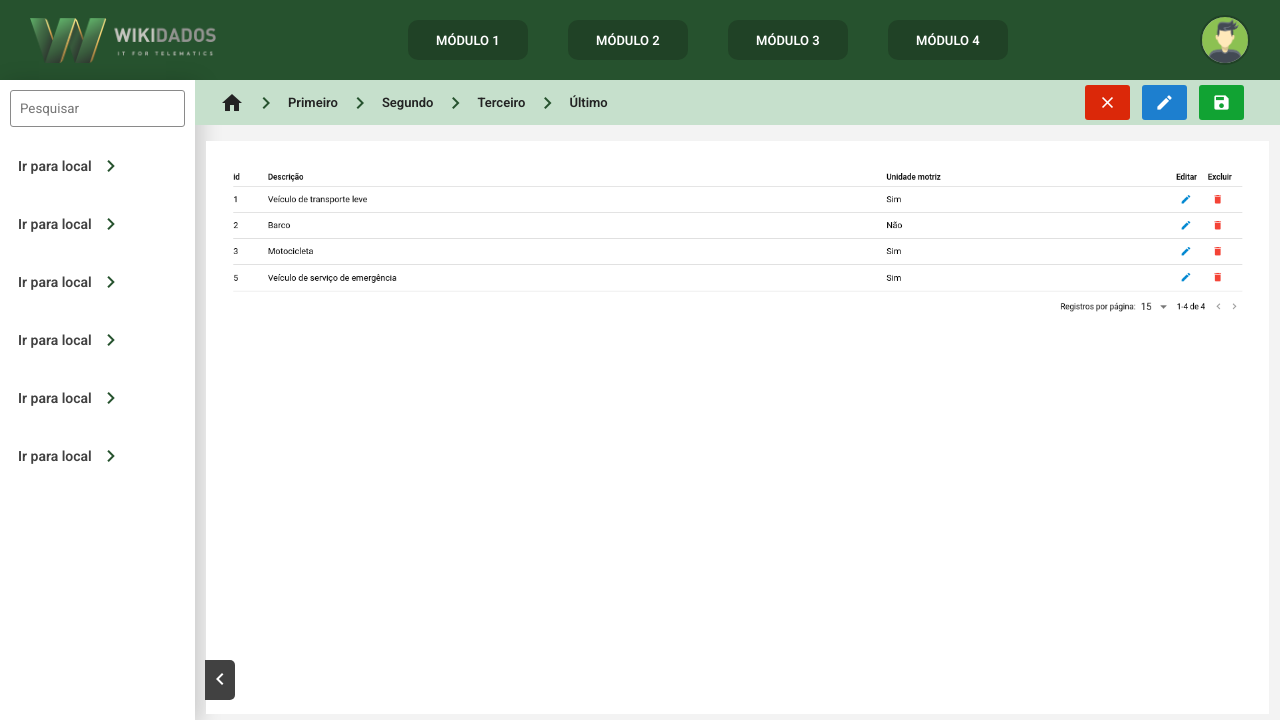
Repository: AlexDjon/alexdjon.github.io
Page: wiki-relayout/index.html
The author's editor kept a copy of each file at every save. The page is drawn from the files as they stood at one save, then again after a run of saves.
The browser window is 1280 px wide. The pictures show the whole page.

Above is the page before, as saved 2020-08-12 17:44:02.

### wiki-relayout/index.html
<!DOCTYPE html>
<html lang="pt-br">

<head>
  <meta charset="UTF-8">
  <meta name="viewport" content="width=device-width, initial-scale=1.0">
  <title>Wiki - Relayout</title>

  <link rel="shotcut icon" href="https://wikidados.com.br/assets/wiki/img/logos/favicon.ico">
  <link href="https://fonts.googleapis.com/icon?family=Material+Icons" rel="stylesheet">
  <link href="https://fonts.googleapis.com/css2?family=Open+Sans:wght@400;600;700&family=Roboto:wght@400;600&family=Noto+Sans:wght@400;700&display=swap" rel="stylesheet">
  <link rel="stylesheet" href="css/styles.css">
</head>

<body>
  <header class="cabecalho">
    <img src="img/unnamed.png" alt="Logo Wiki" class="logo">

    <div class="modulos">
      <button>Módulo 1</button>
      <button>Módulo 2</button>
      <button>Módulo 3</button>
      <button>Módulo 4</button>
    </div>

    <button class="user">
    </button>
  </header>

  <aside class="areas">
    <ul>
      <li><i class="material-icons">donut_large</i> Editar perfil</li>
      <li><i class="material-icons">grade</i> Favoritos</li>
      <li><i class="material-icons">history</i> Histórico</li>
      <li><i class="material-icons">power_settings_new</i> Sair</li>
    </ul>
  </aside>

  <main class="conteudo">
    <nav class="navbar">
      <div class="search">
        <input type="text" placeholder="Pesquisar">
      </div>
      <ul class="menu">
        <li>Ir para local <i class="material-icons">chevron_right</i></li>
        <li>Ir para local <i class="material-icons">chevron_right</i></li>
        <li>Ir para local <i class="material-icons">chevron_right</i></li>
        <li>Ir para local <i class="material-icons">chevron_right</i></li>
        <li>Ir para local <i class="material-icons">chevron_right</i></li>
        <li>Ir para local <i class="material-icons">chevron_right</i></li>
      </ul>

      <button class="close">
        <i class="material-icons">chevron_left</i>
      </button>
    </nav>

    <div class="meio">
      <div class="barra">
        <ul class="caminho">
          <li>
            <i class="material-icons">home</i>
          </li>
          <li id="separator">
            <i class="material-icons">chevron_right</i>
          </li>
          <li>
            Primeiro
          </li>
          <li id="separator">
            <i class="material-icons">chevron_right</i>
          </li>
          <li>
            Segundo
          </li>
          <li id="separator">
            <i class="material-icons">chevron_right</i>
          </li>
          <li>
            Terceiro
          </li>
          <li id="separator">
            <i class="material-icons">chevron_right</i>
          </li>
          <li>
            Último
          </li>
        </ul>

        <div class="list-buttons">
          <button>
            <i class="material-icons">close</i>
          </button>
          <button>
            <i class="material-icons">edit</i>
          </button>
          <button>
            <i class="material-icons">save</i>
          </button>
        </div>
      </div>

      <div class="viewer">
        <img src="img/tabela-exemplo.png" alt="Tabela">
      </div>
    </div>

  </main>

  <script src="js/scripts.js"></script>
</body>

</html>

### wiki-relayout/css/styles.css
* {
  padding: 0;
  margin: 0;
  font-weight: 100%;
  font-family: 'Roboto', sans-serif;
  border: 0;
  outline: 0;
  box-sizing: border-box;
}

body {
  background: #f3f3f3;
}

:root {
  --verdeW: #26522e;
  --verdeW2: #204226;
  --verdeW-semi: #c6e0cc;
  --verde: #32a852;
  --black: #232323;
  --black2: #414141;
  --white: #ffffff;
  --grey: #464646;
  --shadow: -4px 4px 8px 0px rgba(10, 10, 10, 0.27);
  --cabecalhoY: 80px;
  --barrY: 45px;
  --navY: 205px;
}

/* CABECALHO */
.cabecalho {
  width: 100%;
  height: var(--cabecalhoY);
  background: var(--verdeW);
  padding: 10px 30px;
  display: flex;
  justify-content: space-between;
  align-items: center;
}

.cabecalho .logo {
  height: 45px;
}

.cabecalho .modulos {
  display: flex;
}
.cabecalho .modulos button {
  margin: 0 20px;
  width: 120px;
  height: 40px;
  border-radius: 10px;
  background-color: var(--verdeW2);
  color: var(--white);
  font-size: 13px;
  text-transform: uppercase;
  font-weight: 600;
  cursor: pointer;
  transition: filter 0.3s;
}
.cabecalho .modulos button:hover {
  filter: brightness(90%);
}
.cabecalho .user {
  height: 50px;
  width: 50px;
  border-radius: 50%;
  border: solid 2px var(--verdeW2);

  background-image: url(../img/avatar1.png);
  background-size: cover;
  background-position: center center;

  cursor: pointer;
}

/* AREAS */
.areas {
  display: none;
  min-width: 180px;
  position: absolute;
  top: var(--cabecalhoY);
  right: 0;
  background-color: var(--white);
  box-shadow: var(--shadow);
}
.areas.ativo {
  display: block;
}
.areas ul {
  list-style: none;
  padding: 10px 20px 10px 40px;
}
.areas ul li {
  margin: 17px 0;
  font-size: 15px;
  color: var(--black2);

  display: flex;
  justify-content: flex-start;
  align-items: center;
  transition: color 0.3s;
  cursor: pointer;
}
.areas ul li:hover {
  color: var(--black);
}
.areas ul li i {
  margin-right: 8px;
  font-size: 17px;
  color: var(--verdeW);
}


/* NAVBAR */
.navbar {
  width: 230px;
  height: calc(100vh - var(--cabecalhoY));
  background: var(--white);
  /* border-bottom: solid 20px var(--verdeW); */
  box-shadow: 4px 4px 22px 0px rgba(10, 10, 10, 0.2);
}
.navbar.ativo {
  width: 0;
}
.navbar .menu {
  padding: 0 0 50px 18px;
  display: flex;
  flex-direction: column;
  justify-content: flex-start;
  align-items: flex-start;
  list-style: none;
}
.navbar .menu li {
  margin: 17px 0;
  font-weight: 600;
  color: var(--black2);
  font-size: 14px;
  /* border-bottom: solid 1px var(--white);
  border-radius: 0 0 5px 0; */

  display: flex;
  justify-content: space-between;
  align-items: center;

  cursor: pointer;
}
.navbar .menu li i {
  margin-left: 7px;
  color: var(--black2);
}
.navbar .menu li i {
  color: var(--verdeW);
}
.navbar .close {
  position: absolute;
  bottom: 20px;
  width: 30px;
  border-radius: 0 5px 5px 0;
  height: 40px;
  background: var(--black2);
  left: 204.92px;
  margin: 0;
  cursor: pointer;
  transition: filter 0.3s;
}
.navbar .close:hover {
  filter: brightness(110%);
}
.navbar .close i {
  color: var(--white);
}
.navbar .search {
  width: 100%;
  padding: 10px;
}
.navbar .search input {
  width: 100%;
  padding: 10px 9px;
  border-radius: 3px;
  border: solid 1px #8a8a8a;
}

/* CONTEUDO */
.conteudo {
  width: 100%;
  height: calc(100vh - var(--cabecalhoY));

  display: flex;
}

.meio {
  width: 100%;
  display: flex;
  flex-direction: column;
}

.meio .barra {
  width: 100%;
  height: var(--barrY);
  padding: 0 20px;
  margin-bottom: 10px;
  background-color: var(--verdeW-semi);
  display: flex;
  justify-content: space-between;
  align-items: center;
}
/*
.meio .barra div#separator span i {
  margin: 0 5px;
  color: var(--verdeW);
} */
.meio .barra .caminho {
  height: var(--barrY);
  display: flex;
  align-items: center;
  list-style: none;
}
.meio .barra .caminho li {
  height: var(--barrY);
  margin: 0 5px;
  font-size: 13px;
  font-weight: 600;
  color: var(--black);
  display: flex;
  align-items: center;
}
.meio .barra .caminho li:not(#separator) {
  cursor: pointer;
}

.meio .barra .caminho li#separator {
  color: var(--verdeW);
}

.list-buttons {
  margin: 0 10px;
  display: flex;
}
.list-buttons button {
  height: 35px;
  width: 45px;
  margin: 0 6px 0 6px;
  border-radius: 3px;
  display: flex;
  justify-content: center;
  align-items: center;
  /* border: solid 1px var(--white); */
  background: var(--verdeW2);
  cursor: pointer;
}
.list-buttons button i {
  font-size: 19px;
  color: var(--white);
}
.list-buttons button:nth-child(1) {
  background: #db2809;
}
.list-buttons button:nth-child(2) {
  background: #1d7fcf;
}
.list-buttons button:nth-child(3) {
  background: #11a333;
}

/* VIEWER */
.viewer {
  width: 98%;
  margin: 6px 1%;
  padding: 20px;
  height: calc(100vh - calc(var(--cabecalhoY) + var(--barrY)) - 12px);
  background-color: var(--white);
  display: flex;
  justify-content: center;
  align-items: flex-start;
}

.viewer img {
  width: 100%;
}

### wiki-relayout/js/scripts.js
function getItem (info) {
  return document.querySelector(info)
}

getItem('.user').addEventListener('click', () => {
  getItem('.areas').classList.toggle('ativo')
})

getItem('.navbar .close').addEventListener('click', function () {

  getItem('.navbar').classList.toggle('ativo')

  const thisIcon = (context, value, action = 'get') => {
    if (action == 'get') {
      return context.firstElementChild
    }
    else if (action == 'change') {
      context.firstElementChild.textContent = value
    }
  }

  const icon = thisIcon(this).textContent

  if (icon === 'chevron_left') {
    this.style.left = '0px'
    thisIcon(this, 'chevron_right', 'change')
  }
  else {
    this.style.left = '204.92px'
    thisIcon(this, 'chevron_left', 'change')
  }
})

After the next 2 saves:
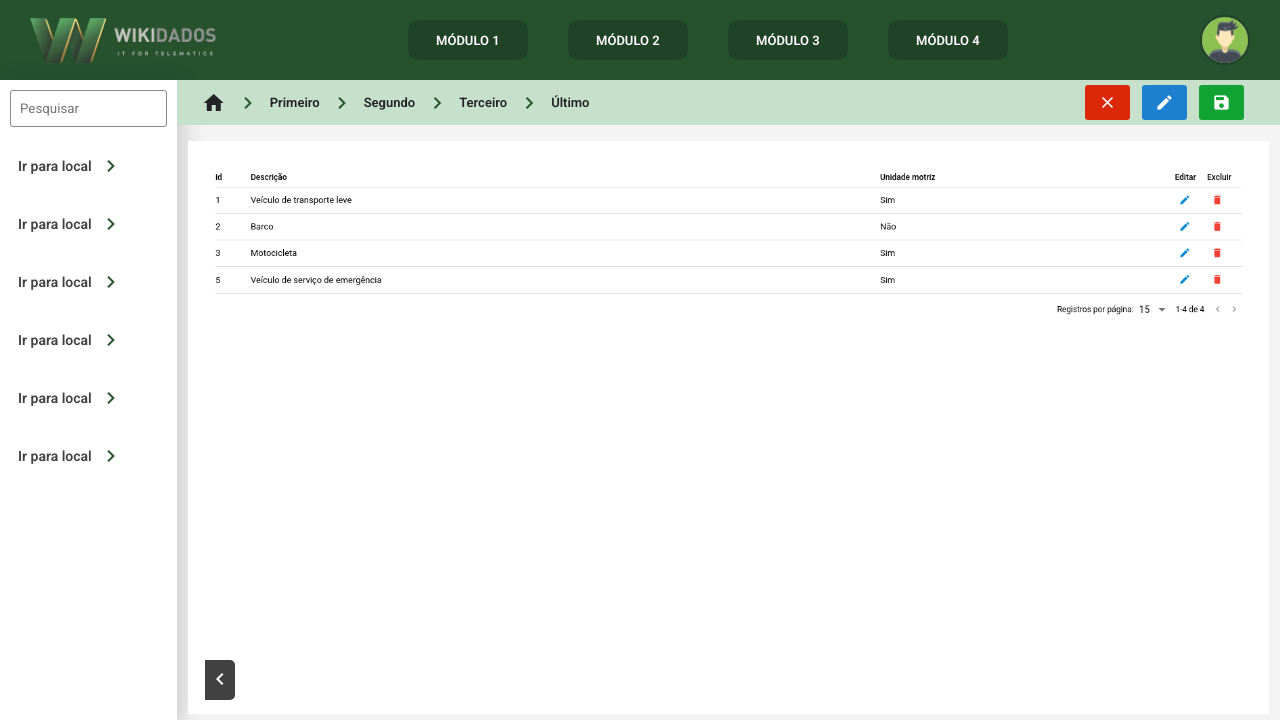
The 2 saves are shown as one change because they came seconds apart.
The last was saved 13 s later.
--- a/wiki-relayout/css/styles.css
+++ b/wiki-relayout/css/styles.css
@@ -24,7 +24,7 @@ body {
   --shadow: -4px 4px 8px 0px rgba(10, 10, 10, 0.27);
   --cabecalhoY: 80px;
   --barrY: 45px;
-  --navY: 205px;
+  --navX: 205px;
 }
 
 /* CABECALHO */
@@ -114,7 +114,7 @@ body {
 
 /* NAVBAR */
 .navbar {
-  width: 230px;
+  width: var(--navX);
   height: calc(100vh - var(--cabecalhoY));
   background: var(--white);
   /* border-bottom: solid 20px var(--verdeW); */
